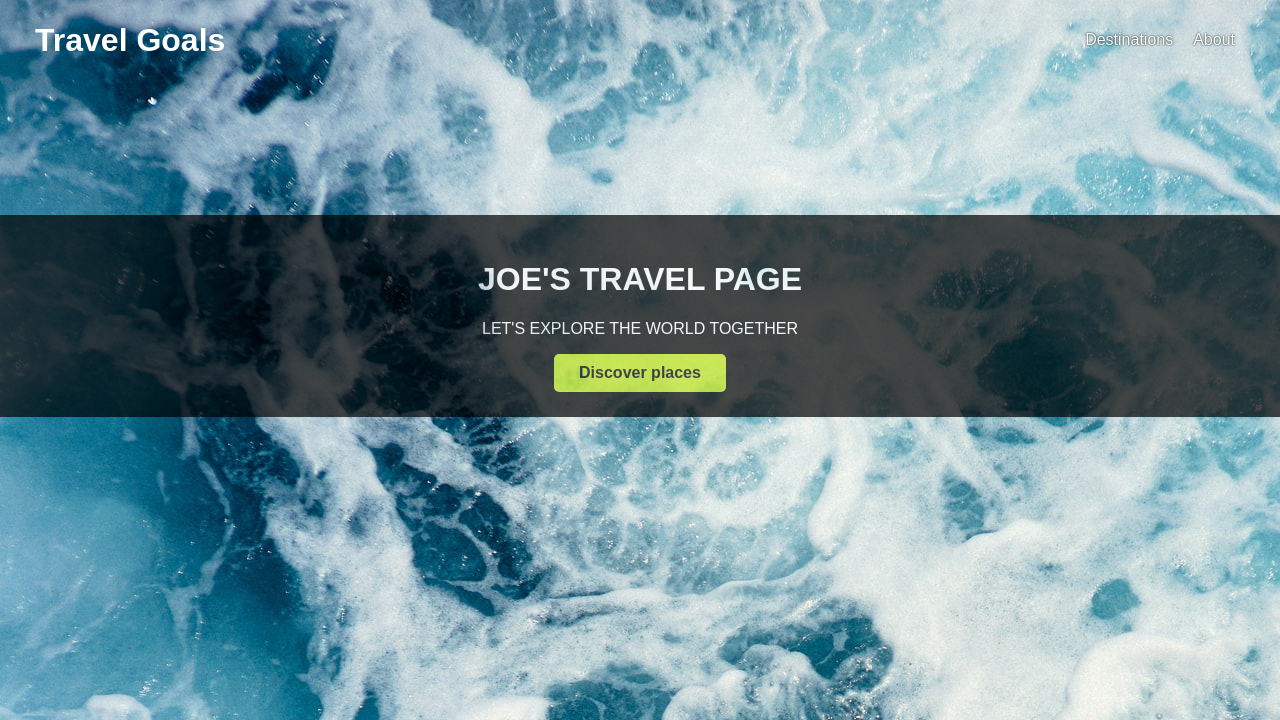
Repository: Harjot00/Wevdev
Page: Travel/index.html
The author's editor kept a copy of each file at every save. The page is drawn from the files as they stood at one save, then again after the next save.
The browser window is 1280 px wide. The pictures show the whole page.

Above is the page before, as saved 2022-05-07 02:32:56.

After the next save:
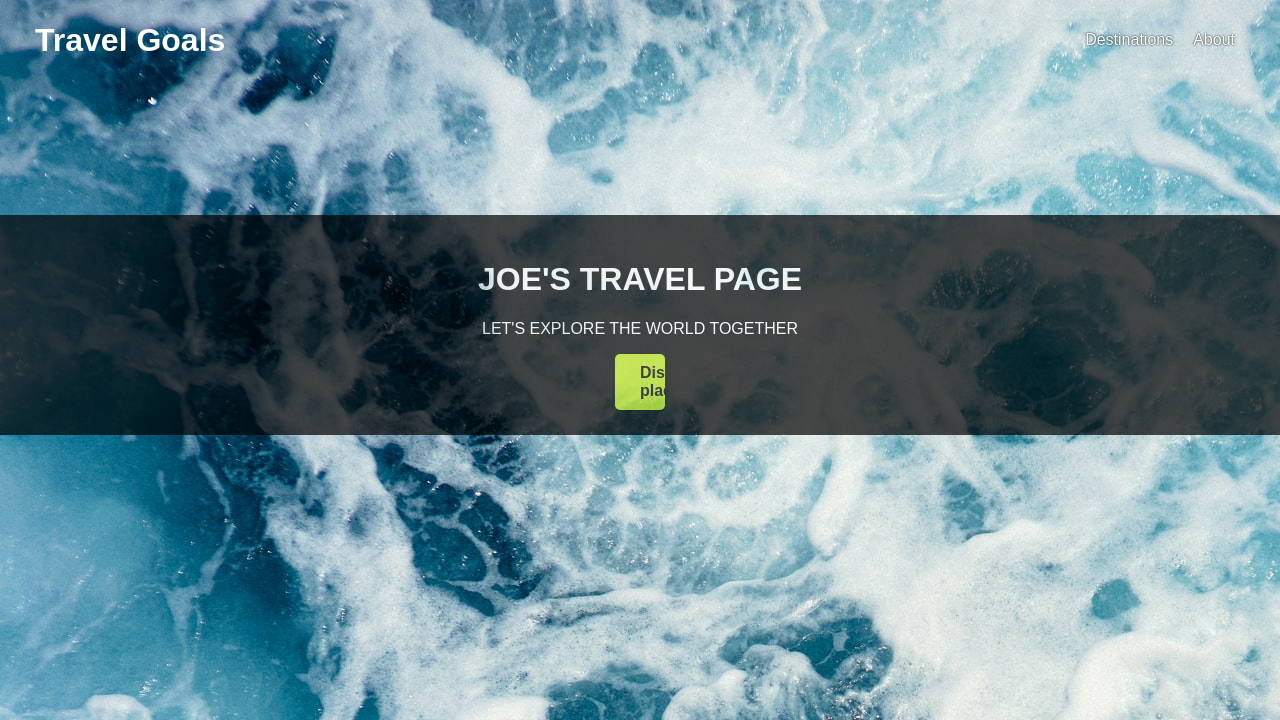
Saved 25 s later.
--- a/Travel/style.css
+++ b/Travel/style.css
@@ -49,5 +49,5 @@ div > a{
     color:black;
     font-weight:bold;
     border-radius:5px;
-    margin:auto;
+    width:0px;
 }
